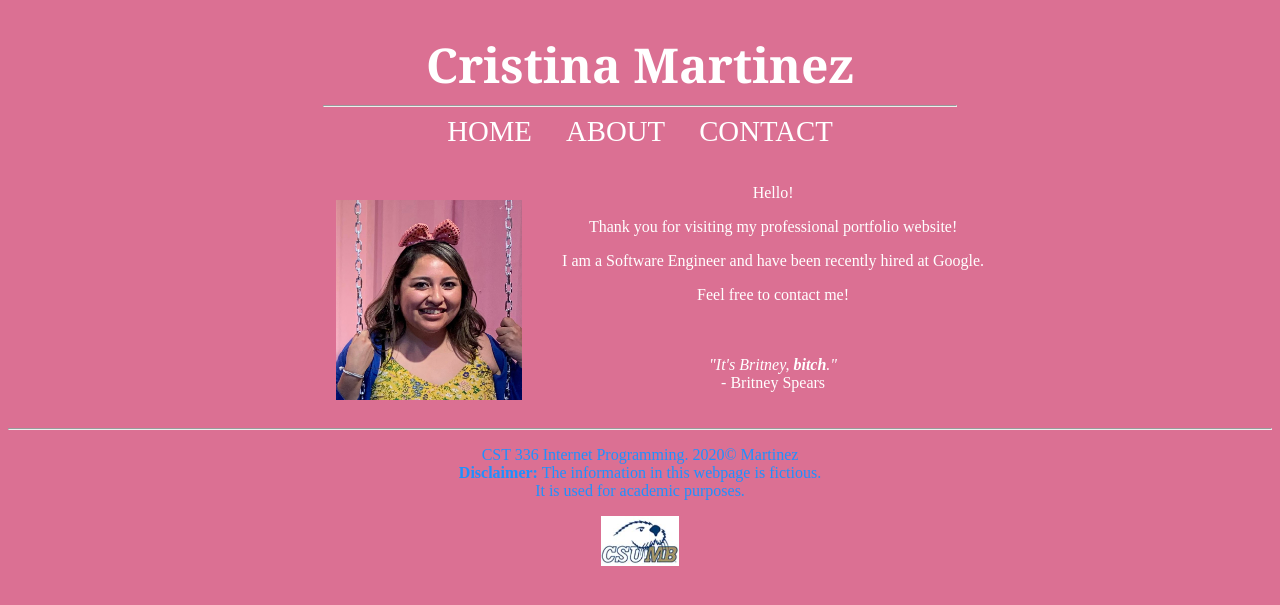
Repository: ctm93/Website1
Page: index.html
The author's editor kept a record of every edit. The page is drawn from the files as they stood at one moment, then again after the next edit.
The browser window is 1280 px wide. The pictures show the whole page.

Above is the page before.

After the next edit:
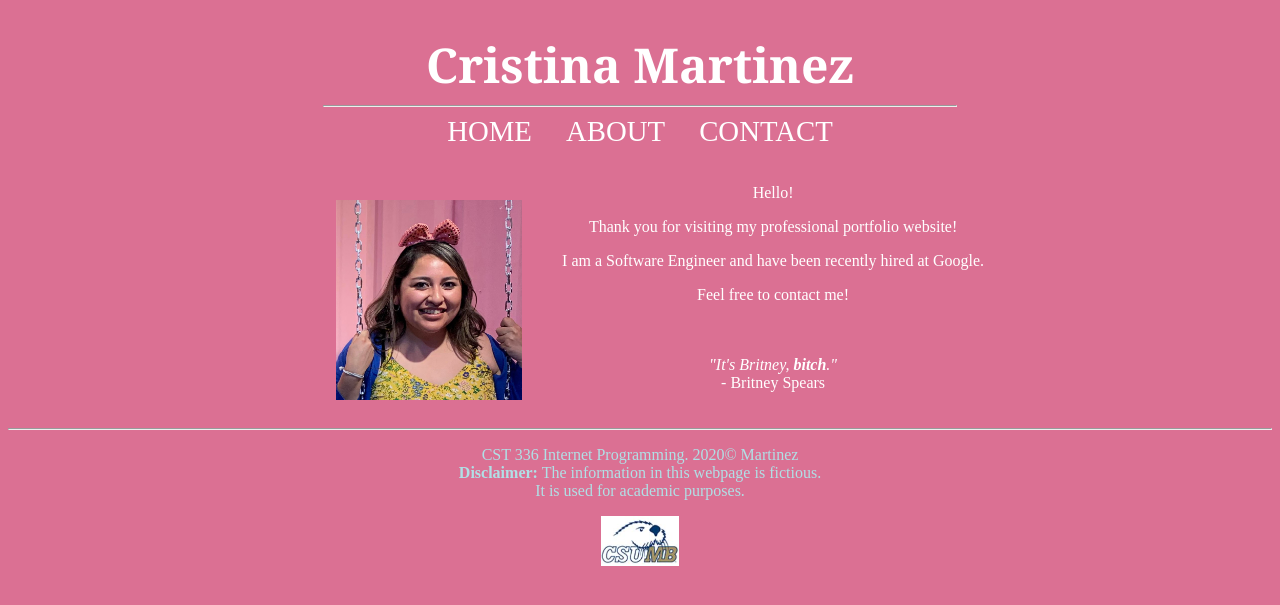
The edit:
--- a/index.html
+++ b/index.html
@@ -73,7 +73,7 @@
         <footer>
 
             <hr />
-            <p style="color:DodgerBlue;">CST 336 Internet Programming. 2020&copy; Martinez <br />
+            <p style="color:powderblue;">CST 336 Internet Programming. 2020&copy; Martinez <br />
             <Strong>Disclaimer:</Strong> The information in this webpage is fictious.
             <br /> It is used for academic purposes. </p>
            <p><img src="img/csumblogo.JPG" alt= width="150" height="50"></p>
